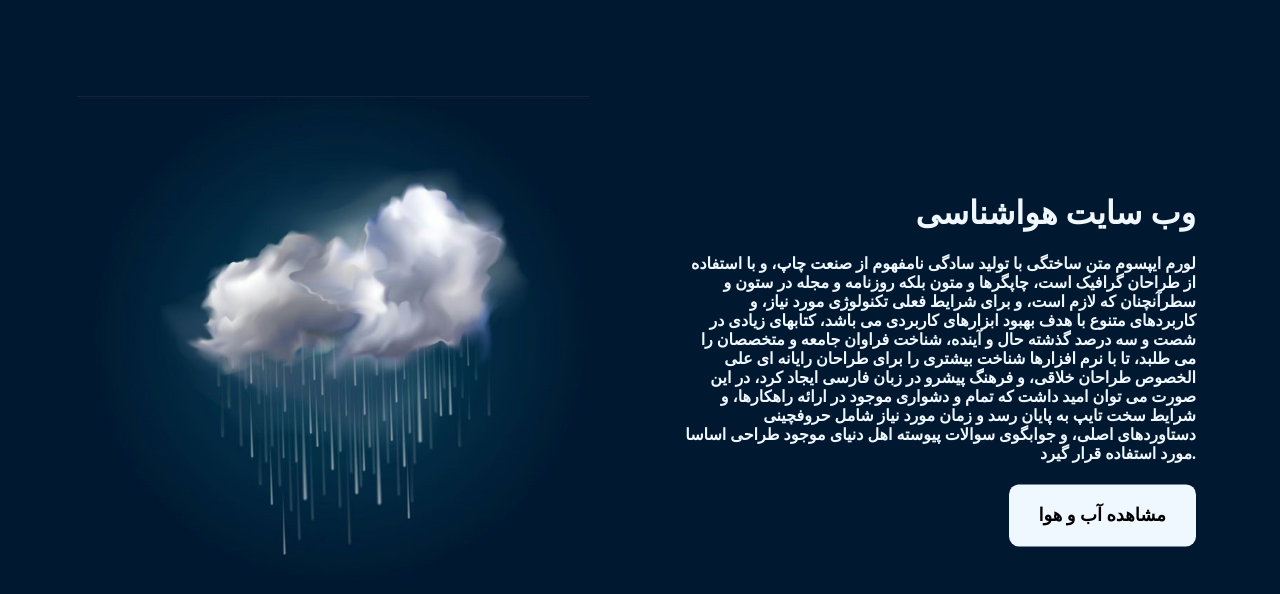
Repository: fateme81yosefi/weather
Page: landing/Landing.html
An editor plug-in stored every save of this project. The page is shown before and after the next save, followed by the edit.
The browser window is 1280 px wide. The pictures show the whole page.
Some web fonts or font styles are not loaded; a fallback is used.

Above is the page before, as saved 2025-02-02 16:53:24.

After the next save:
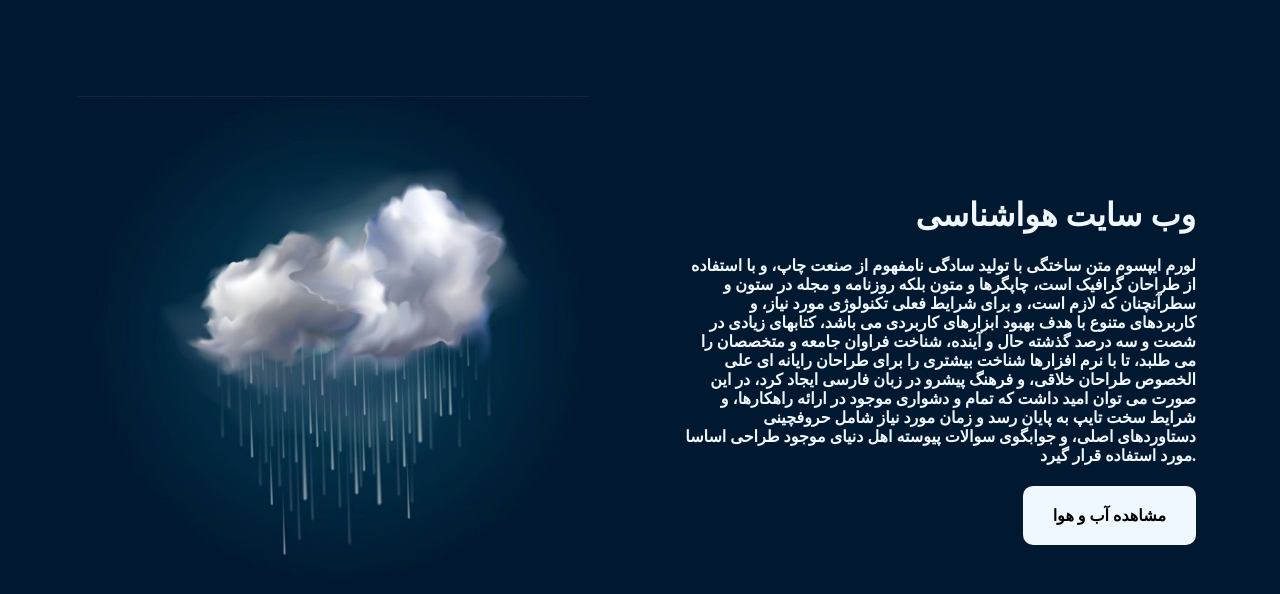
Saved 8 s later.
--- a/landing/style/landing.css
+++ b/landing/style/landing.css
@@ -41,7 +41,7 @@ body {
   padding: 20px 30px;
   font-family: vazir;
   font-weight: bold;
-  font-size: large;
+  font-size: medium;
 }
 @media screen and (min-width: 1200px) {
   .container-landing {
